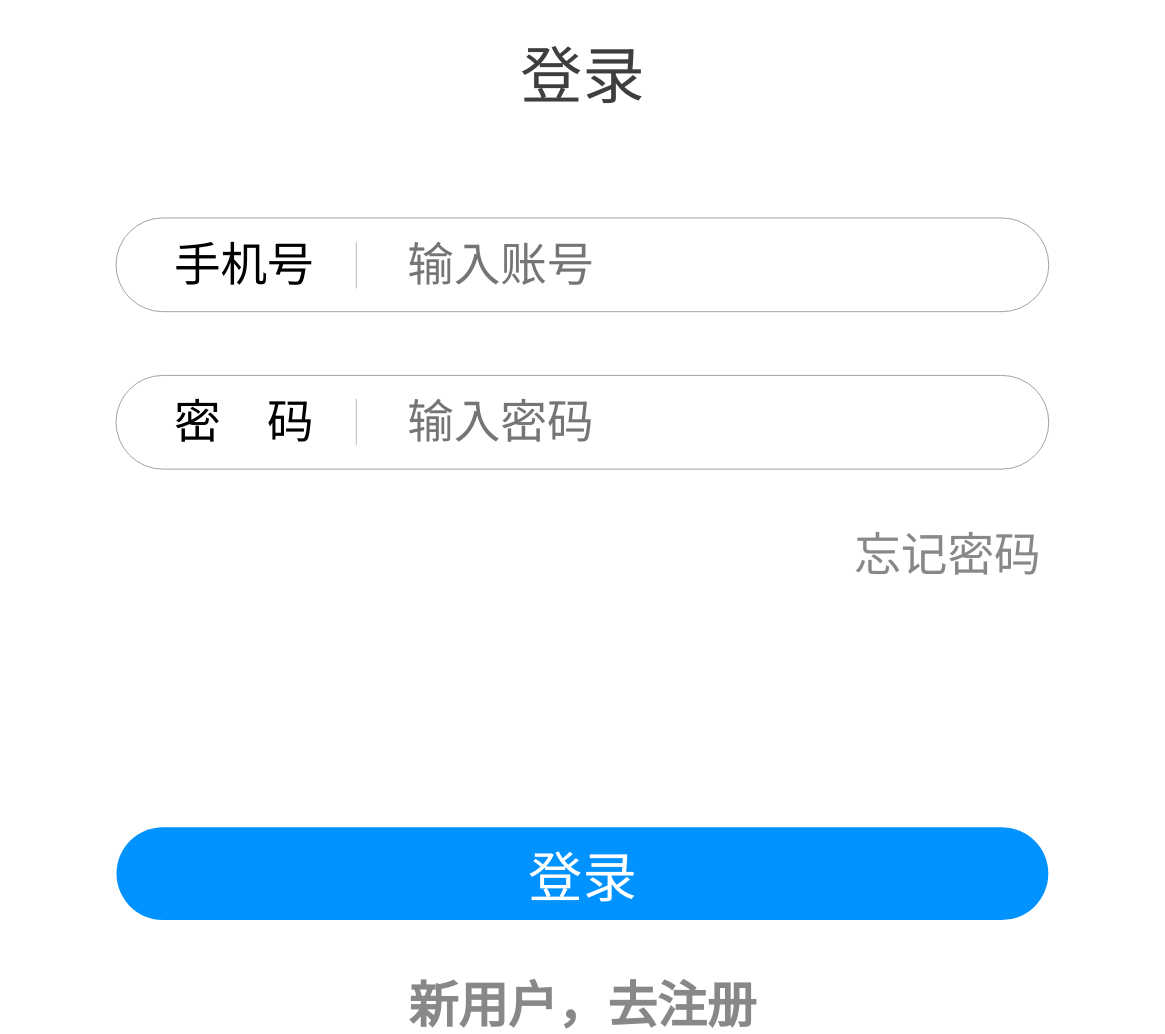
Repository: 421538074/sell
Page: consumer/regsiter.html
The author's editor kept a copy of each file at every save. The page is drawn from the files as they stood at one save, then again after the next save.
The browser window is 1280 px wide. The pictures show the whole page, at 91% of full size.

Above is the page before, as saved 2019-05-29 15:11:38.

After the next save:
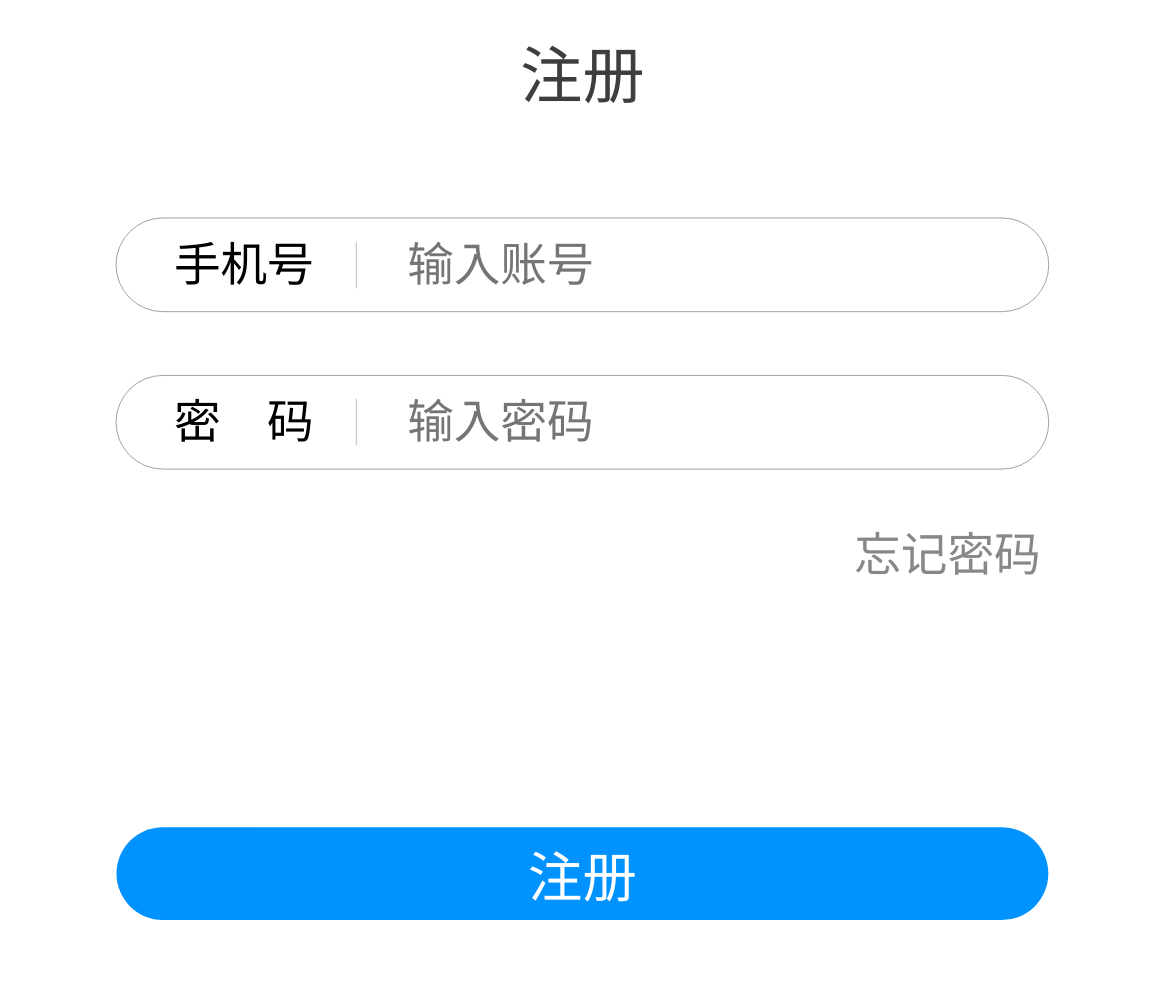
Saved 21 s later.
--- a/consumer/regsiter.html
+++ b/consumer/regsiter.html
@@ -14,7 +14,7 @@
     <div id="app" class="content">
         <div class="regsiter">
             <div class="regsiter_wrap">
-                <h4>登录</h4>
+                <h4>注册</h4>
                 <ul class="regsiter_uu">
                     <li>
                         <label class="title">手机号</label>
@@ -27,8 +27,7 @@
                     </li>
                 </ul>
                 <p class="forget-pass">忘记密码</p>
-                <button class="regsiter_btn" @click="regsiter">登录</button>
-                <p class="new-user-register">新用户，去注册</p>
+                <button class="regsiter_btn" @click="regsiter">注册</button>
             </div>
         </div>
     </div>
